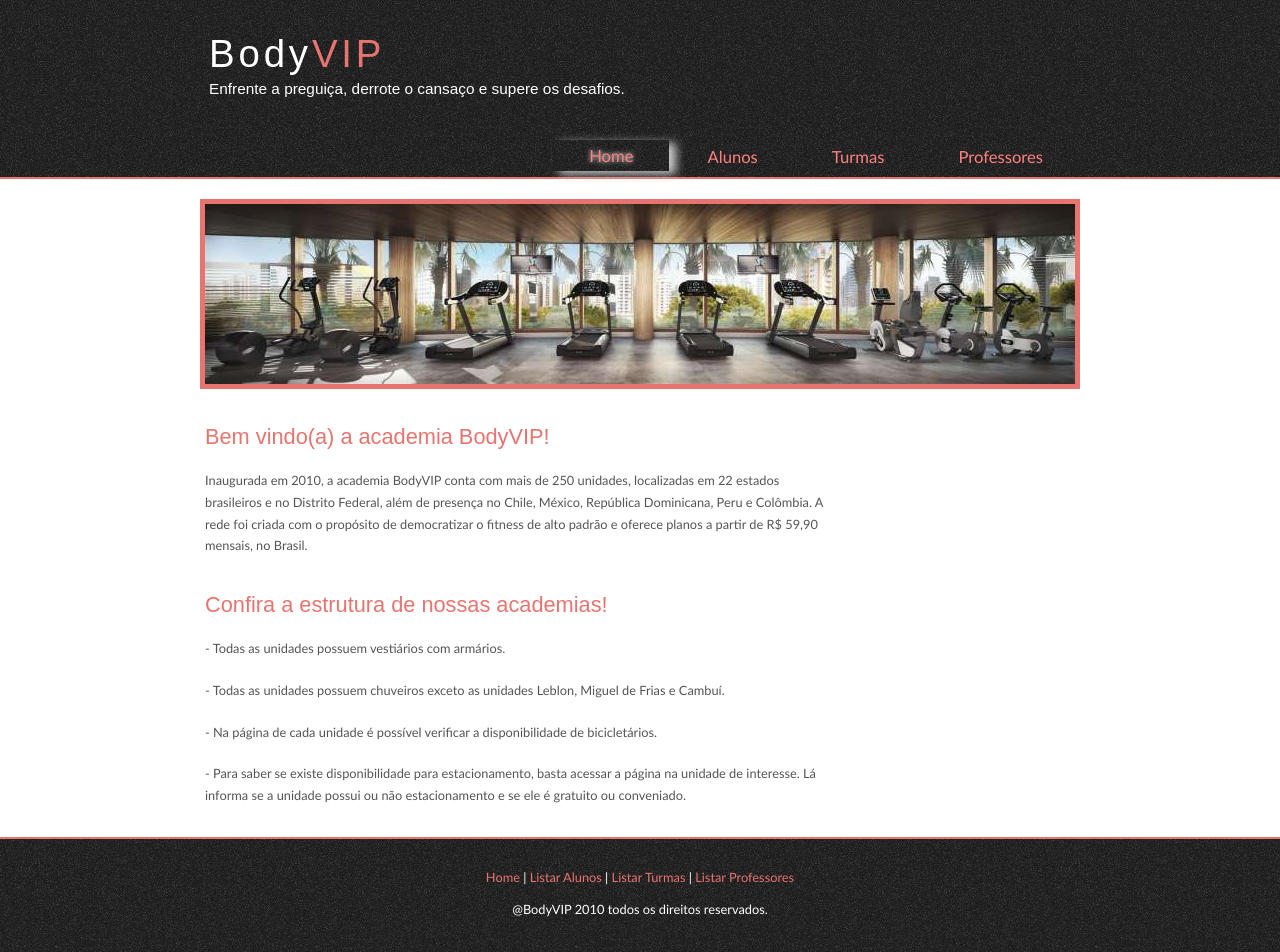
Repository: Thais-Ferreira/Projeto_bodyVIP
Page: http://localhost/BodyVIP/home.jsp
The author's editor kept a copy of each file at every save. The page is drawn from the files as they stood at one save, then again after the next save.
The browser window is 1280 px wide. The pictures show the whole page.
The page is served by Tomcat 9. Other server files are loaded and not shown.

Above is the page before, as saved 2017-06-21 19:33:18.

### BodyVIP/WebContent/home.jsp
<%@ page language="java" contentType="text/html; charset=ISO-8859-1"
    pageEncoding="ISO-8859-1"%>
<!DOCTYPE html PUBLIC "-//W3C//DTD HTML 4.01 Transitional//EN" "http://www.w3.org/TR/html4/loose.dtd">
<html>
<head>
	<meta http-equiv="Content-Type" content="text/html; charset=ISO-8859-1">
	<link rel="stylesheet" type="text/css" href="css/style.css" />
	<title>Home</title>
</head>
<body>
	<div id="main">
    <div id="header">
      <div id="logo">
        <div id="logo_text">
          <h1><a href="home.jsp">Body<span class="logo_colour">VIP</span></a></h1>
          <h2>Enfrente a preguiça, derrote o cansaço e supere os desafios.</h2>
        </div>
      </div>
      <div id="menubar">
        <ul class="menu">
          <li class="selected"><a href="home.jsp">Home</a></li>
          <li><a href="#">Alunos</a>
          	<ul>
          		<li><a href="AlunoController?acao=cadastro">Cadastrar</a>
          		<li><a href="AlunoController?acao=buscaLista">Listar</a></li>
          	</ul>
          </li>
          <li><a href="#">Turmas</a>
          	<ul>
          		<li><a href="TurmaController?acao=cadastro">Cadastrar</a></li>
          		<li><a href="TurmaController?acao=buscaLista">Listar</a></li>
          	</ul>
          </li>
          <li><a href="#">Professores</a>
          	<ul>
          		<li><a href="ProfessorController?acao=cadastro">Cadastrar</a></li>
          		<li><a href="ProfessorController?acao=buscaLista">Listar</a></li>
          	</ul>
          </li>
        </ul>
      </div>
    </div>
    <div id="content_header"></div>
    <div id="site_content">
      <div id="banner"></div>

      <div id="content">
        <h1>Bem vindo(a) a academia BodyVIP!</h1>
        <p>Inaugurada em 2010, a academia BodyVIP conta com mais de 250 unidades, localizadas em 22 estados brasileiros
        e no Distrito Federal, além de presença no Chile, México, República Dominicana, Peru e Colômbia.
        A rede foi criada com o propósito de democratizar o fitness de alto padrão e oferece planos
        a partir de R$ 59,90 mensais, no Brasil.
		</p>
        <h1>Confira a estrutura de nossas academias!</h1>
        <p>- Todas as unidades possuem vestiários com armários.</p>
        <p>- Todas as unidades possuem chuveiros exceto as unidades Leblon, Miguel de Frias e Cambuí.</p>
        <p>- Na página de cada unidade é possível verificar a disponibilidade de bicicletários. </p>
        <p>- Para saber se existe disponibilidade para estacionamento, basta acessar a página na unidade de
        interesse. Lá informa se a unidade possui ou não estacionamento e se ele é gratuito ou conveniado. </p>
      </div>
    </div>
    <div id="content_footer"></div>
    <div id="footer">
      <p><a href="home.jsp">Home</a> | <a href="AlunoController?acao=buscaLista">Listar Alunos</a> | <a href="TurmaController?acao=buscaLista">Listar Turmas</a> | <a href="ProfessorController?acao=buscaLista">Listar Professores</a></p>
      <p>@BodyVIP 2010 todos os direitos reservados.</p>
    </div>
  </div>
</body>
</html>

### BodyVIP/WebContent/css/style.css
@CHARSET "ISO-8859-1";

html
{ height: 100%;}

*
{ margin: 0;
  padding: 0;}

body
{ font: normal .80em 'trebuchet ms', arial, sans-serif;
  background: #FFF;
  color: #555;}

p
{ padding: 0 0 20px 0;
  line-height: 1.7em;}

img
{ border: 0;}

h1, h2, h3, h4, h5, h6
{ color: #E7746F;
  letter-spacing: 0em;
  padding: 0 0 5px 0;}

h1, h2, h3
{ font: normal 170% 'century gothic', arial;
  margin: 0 0 15px 0;
  padding: 15px 0 5px 0;}

h2
{ font-size: 160%;
  padding: 9px 0 5px 0;}

h3
{ font-size: 140%;
  padding: 5px 0 0 0;}

h4, h6
{ color: #009FBC;
  padding: 0 0 5px 0;
  font: normal 110% arial;
  text-transform: uppercase;}

h5, h6
{ color: #888;
  font: normal 95% arial;
  letter-spacing: normal;
  padding: 0 0 15px 0;}

a, a:hover
{ outline: none;
  text-decoration: underline;
  color: #009FBC;}

a:hover
{ text-decoration: none;}

blockquote
{ margin: 20px 0;
  padding: 10px 20px 0 20px;
  border: 1px solid #E5E5DB;
  background: #FFF;}

ul
{ margin: 2px 0 22px 17px;}

ul li
{ list-style-type: circle;
  margin: 0 0 6px 0;
  padding: 0 0 4px 5px;
  line-height: 1.5em;}

ol
{ margin: 8px 0 22px 20px;}

ol li
{ margin: 0 0 11px 0;}

.left
{ float: left;
  width: auto;
  margin-right: 10px;}

.right
{ float: right;
  width: auto;
  margin-left: 10px;}

.center
{ display: block;
  text-align: center;
  margin: 20px auto;}

#main, #logo, #menubar, #site_content, #footer
{ margin-left: auto;
  margin-right: auto;}

#header
{ background: #1d1d1d url(../imagens/pattern.png) repeat;
  border-bottom: 2px solid #E7746F;
  height: 177px;}

#banner
{ background: transparent url(../imagens/banner.jpg) no-repeat;
  width: 870px;
  height: 180px;
  margin-bottom: 20px;
  border: 5px solid #E7746F;}

#logo
{ width: 880px;
  position: relative;
  height: 140px;
  background: transparent;}

#logo #logo_text
{ position: absolute;
  top: 10px;
  left: 0;}

#logo h1, #logo h2
{ font: normal 300% 'century gothic', arial, sans-serif;
  border-bottom: 0;
  text-transform: none;
  margin: 0 0 0 9px;}

#logo_text h1, #logo_text h1 a, #logo_text h1 a:hover
{ padding: 22px 0 0 0;
  color: #FFF;
  letter-spacing: 0.1em;
  text-decoration: none;}

#logo_text h1 a .logo_colour
{ color: #E7746F;}

#logo_text a:hover .logo_colour
{ color: #FFF;}

#logo_text h2
{ font-size: 120%;
  padding: 4px 0 0 0;
  color: #FFF;}

#menubar
{ width: 880px;
  height: 46px; }

ul#menu
{ list-style:none;
  float: right;
  margin: 0;}

ul#menu li
{ float: left;
  padding: 0 0 0 9px;
  position: absolute;
  list-style: none;
  margin: 1px 2px 0 0;
  background: transparent;
  display: none; }

ul#menu li a
{ font: normal 100% 'trebuchet ms', sans-serif;
  display: block;
  float: left;
  height: 20px;
  padding: 6px 35px 5px 28px;
  text-align: center;
  color: #FFF;
  text-decoration: none;
  background: transparent;}

ul#menu li.selected a
{ height: 20px;
  padding: 6px 35px 5px 28px;}

ul#menu li.selected
{ margin: 1px 2px 0 0;
  background: #E7746F;}

ul#menu li.selected a, ul#menu li.selected a:hover
{ background: #E7746F;
  color: #FFF;}

ul#menu li a:hover
{ color: #FFF;
  display: block;
  background: #E7746F;}

#site_content
{ width: 880px;
  overflow: hidden;
  margin: 20px auto 0 auto;
  padding: 0 0 10px 0;}

#sidebar_container
{ float: right;
  width: 224px;}

.sidebar_top
{ width: 222px;
  height: 14px;
  background: transparent url(../imagens/side_top.png) no-repeat;}

.sidebar_base
{ width: 222px;
  height: 14px;
  background: url(../imagens/side_base.png) no-repeat;}

.sidebar
{ float: right;
  width: 222px;
  padding: 0;
  margin: 0 0 16px 0;}

.sidebar_item
{ background: url(../imagens/side_back.png) repeat-y;
  padding: 0 15px;
  width: 192px;}

.sidebar li a.selected
{ color: #444;}

.sidebar ul
{ margin: 0;}

#content
{ text-align: left;
  width: 620px;
  padding: 0 0 0 5px;
  float: left;}

#content ul
{ margin: 2px 0 22px 0px;}

#content ul li, .sidebar ul li
{ list-style-type: none;
  background: url(../imagens/bullet.png) no-repeat;
  margin: 0 0 0 0;
  padding: 0 0 4px 25px;
  line-height: 1.5em;}

#footer
{ width: 100%;
  font-family: 'trebuchet ms', sans-serif;
  font-size: 100%;
  height: 80px;
  padding: 28px 0 5px 0;
  text-align: center;
  background: transparent url(../imagens/pattern.png) repeat;
  border-top: 2px solid #E7746F;
  color: #FFF;}

#footer p
{ line-height: 1.7em;
  padding: 0 0 10px 0;}

#footer a
{ color: #E7746F;
  text-decoration: none;}

#footer a:hover
{ color: #FFF;
  text-decoration: none;}

.search
{ color: #5D5D5D;
  border: 1px solid #BBB;
  width: 134px;
  padding: 4px;
  font: 100% arial, sans-serif;}

.form_settings
{ margin: 15px 0 0 0;}

.form_settings p
{ padding: 0 0 4px 0;}

.form_settings span
{ float: left;
  width: 200px;
  text-align: left;}

.form_settings input, .form_settings textarea
{ padding: 5px;
  width: 299px;
  font: 100% arial;
  border: 1px solid #E5E5DB;
  background: #FFF;
  color: #47433F;}

.form_settings .submit
{ font: 100% arial;
  border: 0;
  width: 99px;
  margin: 0 0 0 212px;
  height: 33px;
  padding: 2px 0 3px 0;
  cursor: pointer;
  background: #E7746F;
  color: #FFF;}

.form_settings textarea, .form_settings select
{ font: 100% arial;
  width: 299px;}

.form_settings select
{ width: 310px;}

.form_settings .checkbox
{ margin: 4px 0;
  padding: 0;
  width: 14px;
  border: 0;
  background: none;}

.separator
{ width: 100%;
  height: 0;
  border-top: 1px solid #D9D5CF;
  border-bottom: 1px solid #FFF;
  margin: 0 0 20px 0;}

table
{ margin: 0 0 30px 0;}

table tr th, table tr td
{ background: #E5E5DB;
  color: #47433F;
  padding: 7px 4px;
  text-align: center;}

table tr td
{ background: #E5E5DB;
  color: #47433F;
  border-top: 1px solid #FFF;}

.menu{
	list-style:none;
	float: right;
	margin: 0;
}

.menu li{
	position:relative;
	padding: 0 0 0 9px;
	float:left;
	list-style: none;
	margin: 1px 2px 0 0;

}

.menu li a{
	font: normal 130% 'trebuchet ms', sans-serif;
	display:block;
	float: left;
  	height: 20px;
  	padding: 6px 35px 5px 28px;
  	text-align: center;
	color: #ff8080;
	text-decoration:none;
	background: transparent;

}

.menu li a:hover{
background:#333;
color:#fff;
-moz-box-shadow:0 3px 10px 0 #CCC;
-webkit-box-shadow:0 3px 10px 0 #ccc;
text-shadow:0px 0px 5px #fff;
}

.menu li  ul{
position:absolute;
top:25px;
left:0;
background-color:#333;
display:none;
}

.menu li:hover ul, .menu li.over ul{display:block;}

.menu li ul li{
border:1px solid #c0c0c0;
display:block;
width:150px;
}

.menu li.selected a
{ height: 20px;
  padding: 6px 35px 5px 28px;}

.menu li.selected
{ margin: 0px 2px 0 0;

  -moz-box-shadow:0 3px 10px 0 #CCC;
-webkit-box-shadow:7px 3px 10px 0 #ccc;
text-shadow:0px 0px 5px #fff}

ul#menu li.selected a, ul#menu li.selected a:hover
{ background: #E7746F;
  color: #FFF;}

ul#menu li a:hover
{ color: #FFF;
  background: #E7746F;}

After the next save:
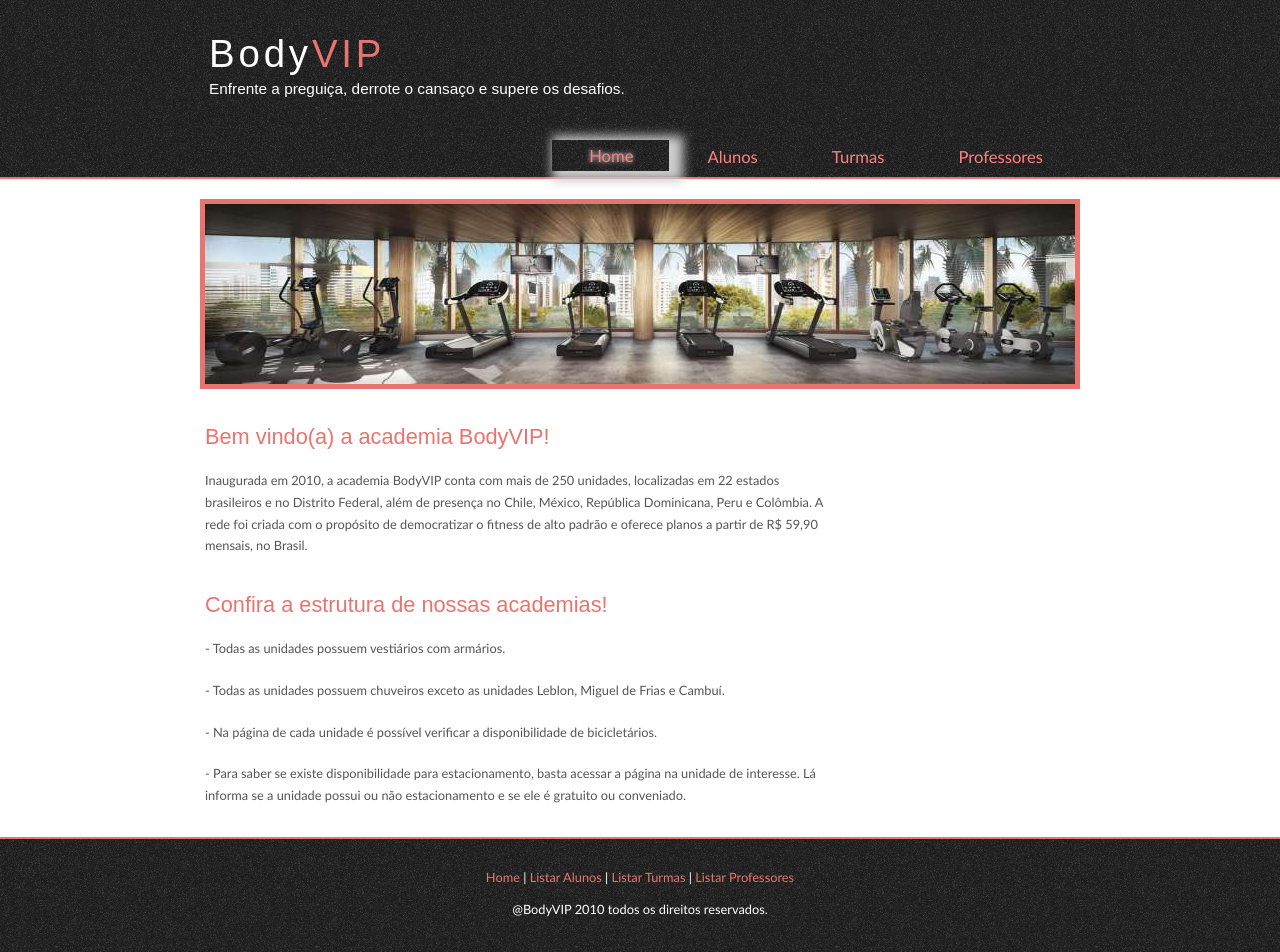
Saved 48 s later.
--- a/BodyVIP/WebContent/css/style.css
+++ b/BodyVIP/WebContent/css/style.css
@@ -397,7 +397,7 @@ width:150px;
 { margin: 0px 2px 0 0;
 
   -moz-box-shadow:0 3px 10px 0 #CCC;
--webkit-box-shadow:7px 3px 10px 0 #ccc;
+-webkit-box-shadow:7px 3px 10px 7px #ccc;
 text-shadow:0px 0px 5px #fff}
 
 ul#menu li.selected a, ul#menu li.selected a:hover
